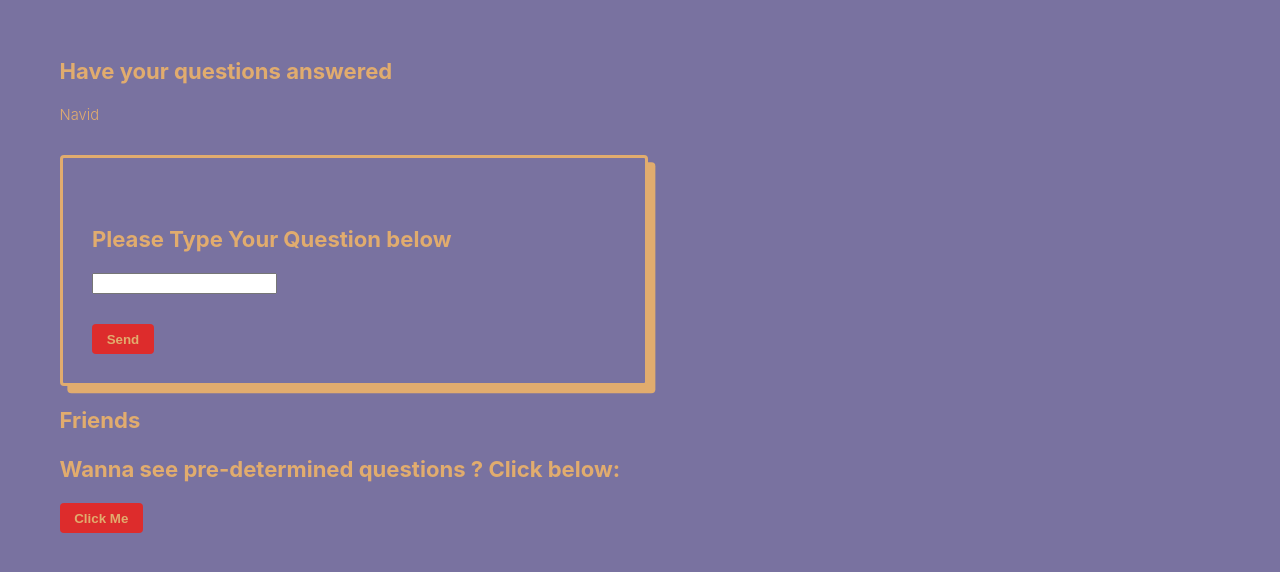
Repository: navid-amini12/capstone-1
Page: quiz.html
An editor plug-in stored every save of this project. The page is shown before and after the next save, followed by the edit.
The browser window is 1280 px wide. The pictures show the whole page.
Some web fonts or font styles are not loaded; a fallback is used.

Above is the page before, as saved 2022-05-23 09:24:40.

After the next save:
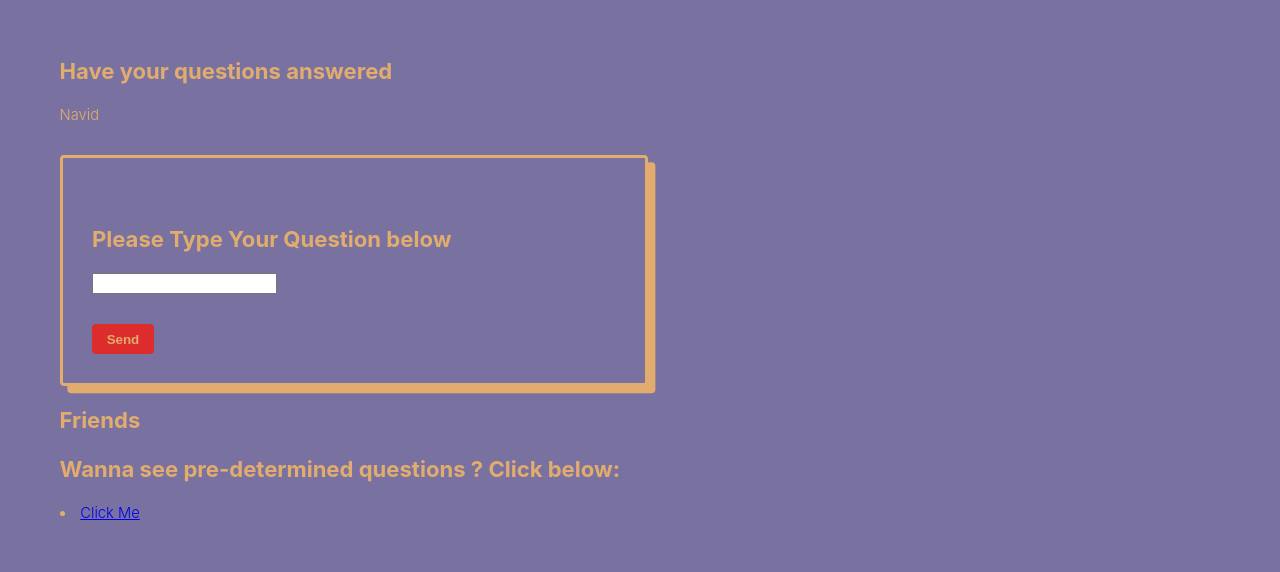
Saved 114 s later.
--- a/quiz.html
+++ b/quiz.html
@@ -48,4 +48,4 @@
     </body>
   </html>
     <h1>Wanna see pre-determined questions ? Click below:</h1>
-    <button id = clickMeButton >Click Me</button>
+  	<li><a href="#">Click Me</a></li>
